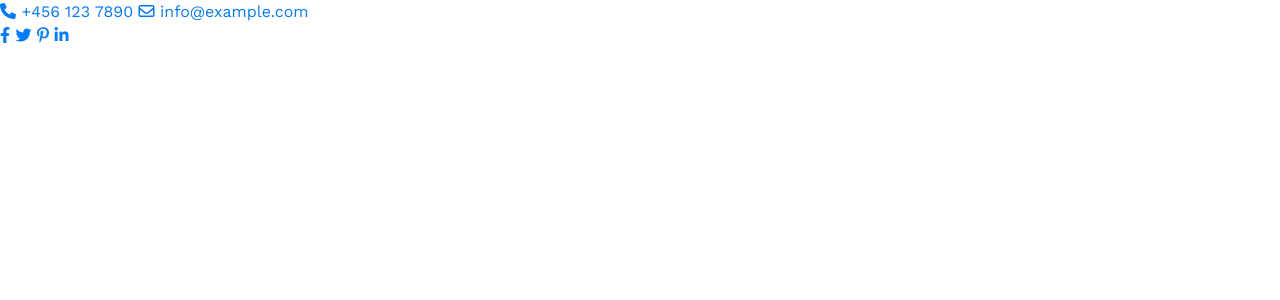
Repository: nguyenbinhminh/instruction_clone
Page: index.html
An editor plug-in stored every save of this project. The page is shown before and after the next save, followed by the edit.
The browser window is 1280 px wide. The pictures show the whole page.

Above is the page before, as saved 2021-09-29 20:57:25.

After the next save:
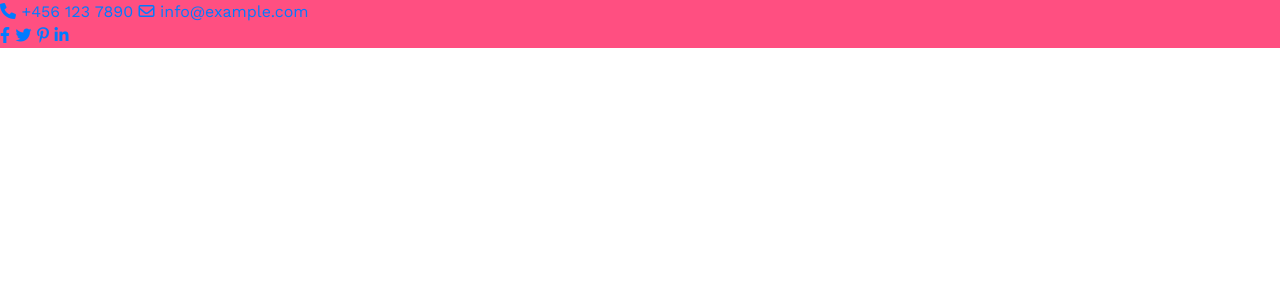
Saved 18 s later.
--- a/css/index.css
+++ b/css/index.css
@@ -8,3 +8,6 @@
 	font-weight: normal;
 }
 /* HEADER */
+.header__top {
+	background-color: #ff4f81;
+}
